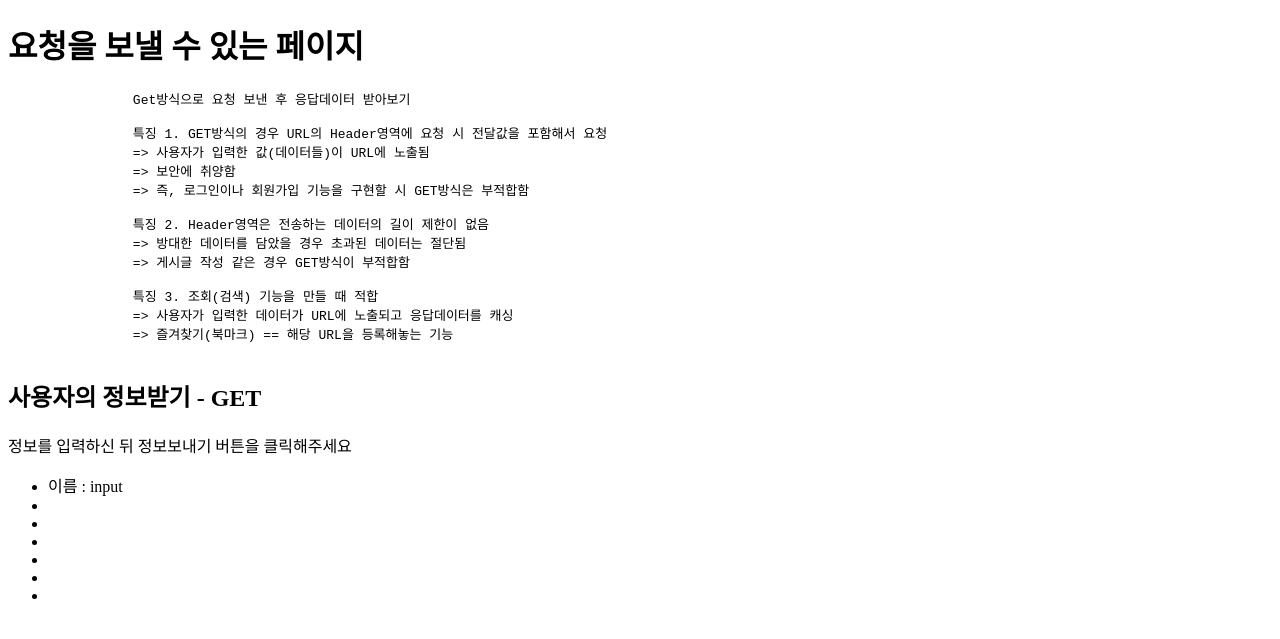
Repository: Simyoungdo04/dynamic-workspace
Page: FirstProject/src/main/webapp/views/request_get.html
The author's editor kept a copy of each file at every save. The page is drawn from the files as they stood at one save, then again after the next save.
The browser window is 1280 px wide. The pictures show the whole page.

Above is the page before, as saved 2026-05-04 05:04:48.

### FirstProject/src/main/webapp/views/request_get.html
<!DOCTYPE html>
<html>
<head>
<meta charset="UTF-8">
<title>요청 페이지</title>
</head>
<body>

	<h1>요청을 보낼 수 있는 페이지</h1>

	<pre>
		Get방식으로 요청 보낸 후 응답데이터 받아보기

		특징 1. GET방식의 경우 URL의 Header영역에 요청 시 전달값을 포함해서 요청
		=> 사용자가 입력한 값(데이터들)이 URL에 노출됨
		=> 보안에 취양함
		=> 즉, 로그인이나 회원가입 기능을 구현할 시 GET방식은 부적합함

		특징 2. Header영역은 전송하는 데이터의 길이 제한이 없음
		=> 방대한 데이터를 담았을 경우 초과된 데이터는 절단됨
		=> 게시글 작성 같은 경우 GET방식이 부적합함

		특징 3. 조회(검색) 기능을 만들 때 적합
		=> 사용자가 입력한 데이터가 URL에 노출되고 응답데이터를 캐싱
		=> 즐겨찾기(북마크) == 해당 URL을 등록해놓는 기능
	</pre>

	<h2> 사용자의 정보받기 - GET </h2>
	<p>정보를 입력하신 뒤 정보보내기 버튼을 클릭해주세요</p>

	<form method="get">
		<ul>
			<li>이름 : input<a></a></li>
			<li></li>
			<li></li>
			<li></li>
			<li></li>
			<li></li>
			<li></li>
		</ul>
	</form>





















</body>
</html>

After the next save:
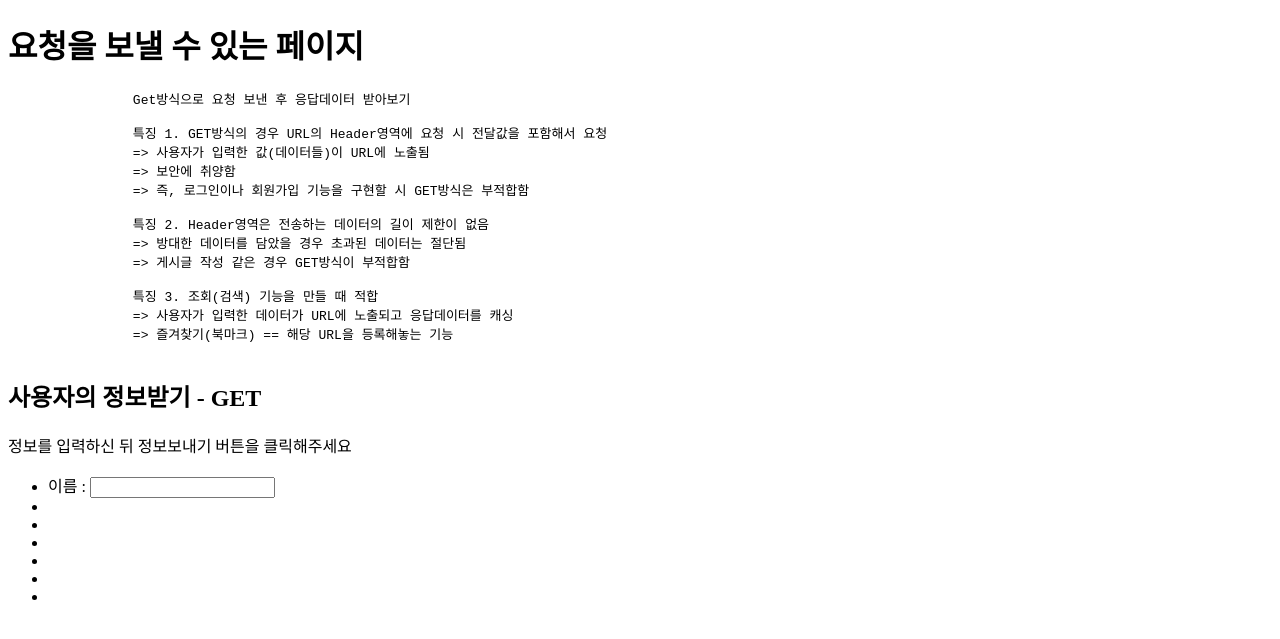
Saved 24 s later.
--- a/FirstProject/src/main/webapp/views/request_get.html
+++ b/FirstProject/src/main/webapp/views/request_get.html
@@ -30,7 +30,7 @@
 
 	<form method="get">
 		<ul>
-			<li>이름 : input<a></a></li>
+			<li>이름 : <input type="text" /> </li>
 			<li></li>
 			<li></li>
 			<li></li>
